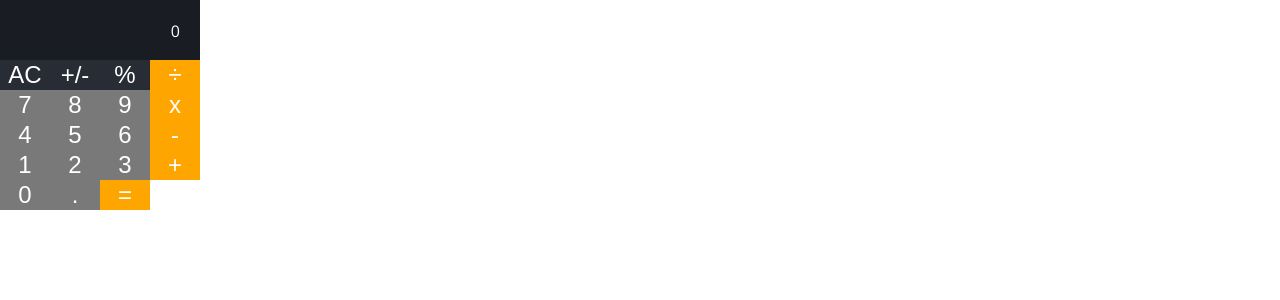
Repository: catsarenotreal/CalculatorWebApp
Page: /
The author's editor kept a copy of each file at every save. The page is drawn from the files as they stood at one save, then again after the next save.
The browser window is 1280 px wide. The pictures show the whole page.
The project was rebuilt for these pictures with package versions that can differ from the ones it lists, and the page was loaded fresh each time.

Above is the page before, as saved 2024-08-26 15:48:12.

### src/index.tsx
import React from 'react';
import ReactDOM from 'react-dom/client';
import './index.css';
import App from './App';
import reportWebVitals from './reportWebVitals';
import "@fontsource/open-sans";

const root = ReactDOM.createRoot(
  document.getElementById('root') as HTMLElement
);
root.render(
  <React.StrictMode>
    <App />
  </React.StrictMode>
);

// If you want to start measuring performance in your app, pass a function
// to log results (for example: reportWebVitals(console.log))
// or send to an analytics endpoint. Learn more: https://bit.ly/CRA-vitals
reportWebVitals();

### src/index.css



body {
  margin: 0;
  font-family: 'Open Sans'
    /* sans-serif; */
  /* -webkit-font-smoothing: antialiased;
  -moz-osx-font-smoothing: grayscale; */
}

code {
  font-family: source-code-pro, Menlo, Monaco, Consolas, 'Courier New',
    monospace;
}

### src/App.tsx
import React from 'react';
import { useState } from 'react';
import './App.css';

let stack : string[] = ['0']; // length should never be 0
// let prevOp : operations = "+";
var currNum : number = 0; // number on display to the display screen
var nextRefresh : boolean = false; // decides whether to refresh upon input of new numbers
var setAC : boolean = true;
// var restarted : boolean = true;

const operations = ["+", "-", "x", "÷", "="] as const;
type Operations = (typeof operations)[number];
const isOp = (x:any): x is Operations => operations.includes(x);

type Props = {
  val : string;
  colour : 'orange'|'darkgrey'|'lightgrey';
  setDisplay : React.Dispatch<React.SetStateAction<string>>;
  longer? : boolean;
}

function refresh(props : Props){
  stack.length = 0;
  stack = ['0'];
  currNum = 0;
  const setDisplay = props.setDisplay;
  setDisplay('0');
  setAC = true;
}

// function takeOp(op : string){

// }

function Buttons( {val, colour, setDisplay, longer}  : Props){


  function stackBack(val : Operations | string){ // takes in operation, compresses the stack (nothing is returned)

    // after pressing an operation, work on the previous (if any) calculation and squeeze to one grid
    // basically when operation is encountered, squeeze previous into a number
    // assume that prev is number alr

    if (isOp(val)){ // is operation, "" only when % happens
      if (stack.length == 1){ // num only, only need to push in the op
        if (val === "="){
          return;
        }
        stack.push(val);
      }

      else{ // has num and operation, causes collapse of stack then adds the current op to the stack
        let firstNum : number = Number(stack[0]);
        let middleOp = stack[1];

        if (!isOp(middleOp)){
          console.log("error");
          return ; // this should not happen la.........
        }

        let answer = calculation(firstNum, currNum, middleOp);
        stack.length = 0; // collapsing

        if (typeof answer === "string"){ // for div by 0
          return; // returns with stack.lenght == 0
        }
        else {
          stack = [answer.toString()];
          if (val != "=") stack.push(val);  // pushes the current op // dont let "%" be pushed also
          currNum = answer;
        }
      }

    }

    else if (val === "%"){
      let answer = calculation(currNum, 0.01, "x"); // answer will be num

      stack.pop(); // remove currnum
      stack.push(answer.toString());
      currNum = answer;
    }

    else{ // is number

      if (stack.length == 2){ // digit + op only
        stack.push(val.toString());
        currNum = Number(val);
      }
      else if (stack.length == 1 || stack.length == 3){ // currently on number mode
        // dont run the op yet
        // only trying to push the second number tgt
        // ignore the first two elements
        currNum = currNum * 10 + Number(val);
        stack.pop(); // remove current existing number and replace with new one
        stack.push(currNum.toString());

      }
    }




  }

  function calculation(firstNum : number, secondNum : number, op : Operations) : number  {

    switch (op){
      case "+": //
        return firstNum + secondNum;
      case "-":
        return firstNum - secondNum;
      case "÷":
        return firstNum / secondNum; // if error just returns infinity anyway...
      case "x":
        return firstNum * secondNum;
      case "=": // will never happen
        return 0;
    }

  }

  function handleClick(props : Props){
    var val = props.val;
    // var setACDis = props.setACDis;

    if (nextRefresh) {
      refresh(props);
      // if (typeof setACDis != "undefined") setACDis("AC");
      nextRefresh = false;
    }

    if (val === "AC" || val === "C"){
      refresh(props);
      console.log("ac pressed outside");
      // if (typeof setACDis != "undefined") {
      //   setACDis("AC");
      // }
    }

    else if (val == "+/-"){
      // always only applies to currNum this is dumb
      stack[stack.length-1] = "-" + stack[stack.length-1];
      currNum = currNum * -1;
      setDisplay(currNum.toString());
    }

    else if (val === "%"){
      // literally just implicitly does a x0.01 on the current number (with brackets)

      stackBack("%") // push back an empty one?
      setDisplay(currNum.toString());

    }
    else{ // number
      // post-operation number
      setAC = false;
      if (isOp(val) || !Number.isNaN(Number(val))){
        console.log("helo");
        stackBack(val);
      }

      if (stack.length == 0){ // division by 0 has occured, trigger refresh
        setDisplay("Not a Number");
        refresh(props); // resets stack length to > 0
      }
      else{
        console.log(currNum);
        setDisplay(currNum.toString());
      }

      if (val === "="){
        nextRefresh = true;
      }

    }
  }

  if (longer){ // only applies to the 0
    return <button className = {`Buttons ${colour} longer`} onClick = {() => handleClick({ val, colour, setDisplay})}>
    {val}
  </button>
  }

  return <button className = {`Buttons ${colour}`} onClick = {() => handleClick({ val, colour, setDisplay})}>
    {val}
  </button>
}

/*

value1 ? 'a' : 'b'

value1 || 'a'

// if value1 is true => value1
// if value1 is false => 'a'

value2 && 'a'
// if value2 is true => 'a'
// if value2 is false => ignore

*/

export default function Calc() {
  const [display, setDisplay] = useState('0'); // display is number by default
  const [ACdis, setACDis] = useState<'AC' | 'C'>('C'); // only changes to C when there are numbers in the stack (i.e. is active)
  // if (stack[0] != "0") setACDis("C");
  // if (stack.length > 2) setACDis('AC');
  // startWithRefresh(setACDis);
  return (
    <div>
      {/* <div className = "row">
        <div className= "DisplayScreen">{`${(display)}`}</div>
      </div> */}
      <div className = "wrapper">
      {/* <div className = "row"> */}
        <div className= "DisplayScreen">{`${(display)}`}</div>
        <Buttons val={setAC ? "AC" : "C"} colour = 'darkgrey' setDisplay = {setDisplay} />
        <Buttons val={'+/-'} colour = 'darkgrey' setDisplay = {setDisplay}/>
        <Buttons val={'%'} colour = 'darkgrey' setDisplay = {setDisplay} / >
        <Buttons val={'÷'} colour = 'orange' setDisplay = {setDisplay} />
      {/* </div> */}
      {/* <div className = "row"> */}
        <Buttons val={'7'} colour = 'lightgrey' setDisplay = {setDisplay} />
        <Buttons val={'8'} colour = 'lightgrey' setDisplay = {setDisplay}/>
        <Buttons val={'9'} colour = 'lightgrey' setDisplay = {setDisplay}/ >
        <Buttons val={'x'} colour = 'orange'  setDisplay = {setDisplay}/>
      {/* </div> */}
      {/* <div className = "row"> */}
        <Buttons val={'4'} colour = 'lightgrey' setDisplay = {setDisplay}/>
        <Buttons val={'5'} colour = 'lightgrey' setDisplay = {setDisplay}/>
        <Buttons val={'6'} colour = 'lightgrey' setDisplay = {setDisplay}/ >
        <Buttons val={'-'} colour = 'orange'  setDisplay = {setDisplay}/>
      {/* </div> */}
      {/* <div className = "row"> */}
        <Buttons val={'1'} colour = 'lightgrey' setDisplay = {setDisplay}/>
        <Buttons val={'2'} colour = 'lightgrey' setDisplay = {setDisplay}/>
        <Buttons val={'3'} colour = 'lightgrey' setDisplay = {setDisplay}/ >
        <Buttons val={'+'} colour = 'orange'  setDisplay = {setDisplay}/>
      {/* </div>
      <div className = "row"> */}
        <Buttons val={'0'} colour = 'lightgrey' setDisplay = {setDisplay}/>
        <Buttons val={'.'} colour = 'lightgrey' setDisplay = {setDisplay}/>
        <Buttons val={'='} colour = 'orange' setDisplay = {setDisplay}/>
      </div>
    </div>

  );
}

### src/App.css
.App {
  text-align: center;
}

.App-logo {
  height: 40vmin;
  pointer-events: none;
}


.App-header {
  background-color: #282c34;
  min-height: 100vh;
  display: flex;
  flex-direction: column;
  align-items: center;
  justify-content: center;
  font-size: calc(10px + 2vmin);
  color: white;
}

.App-link {
  color: #61dafb;
}


/* .DisplayScreen {
  background-color: rgb(24, 24, 24);
  text-align: right;
} */

.Buttons {
  text-align: center;
  box-shadow: none;
  outline: none;
  border: none;
  font-size: 1.5rem;
  color: white;
  grid-column: span 1;
  /* height: 40px;
  width: 60px;
  padding: 0px; */
}



.Buttons.orange{
  background-color: orange;
}

.Buttons.orange:active{
  background-color: rgb(155, 101, 0);
}

.Buttons.lightgrey{
  background-color: #797979;
}

.Buttons.lightgrey:active{
  background-color: #4f4f4f;
}

.Buttons.lightgrey.longer{
  grid-column: span 2;
}

.Buttons.darkgrey{
  background-color:#282c34;
}

.Buttons.darkgrey:active{
  background-color:#0b0d12;
}

.DisplayScreen{
  /* width: 200px; */
  height: 20px;
  padding:20px;
  /* font-size: 100;
   */
  font-size:100%;
  font-weight: 100%;
  /* padding-bottom: ; */
  text-align: right;

  background-color: #191d23;
  color: white;
  grid-column: span 4;
}

.wrapper {
  display: grid;
  width: 200px;
  /* column-width: 40px; */
  /* column-gap:1px;
  row-gap:1px; */
  /* grid-gap:1px; */
  border-color:black;
  padding:0px;
  grid-template-columns: 50px 50px 50px 50px;

}

Loaded but not shown: public/index.html (common file); src/reportWebVitals.ts (common file)

After the next save:
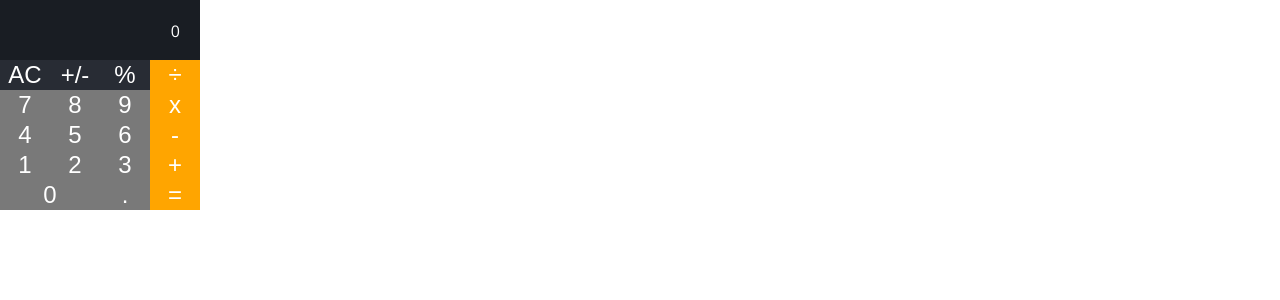
Saved 27 s later.
--- a/src/App.tsx
+++ b/src/App.tsx
@@ -241,7 +241,7 @@ export default function Calc() {
         <Buttons val={'+'} colour = 'orange'  setDisplay = {setDisplay}/>
       {/* </div>
       <div className = "row"> */}
-        <Buttons val={'0'} colour = 'lightgrey' setDisplay = {setDisplay}/>
+        <Buttons val={'0'} colour = 'lightgrey' setDisplay = {setDisplay} longer = {true}/>
         <Buttons val={'.'} colour = 'lightgrey' setDisplay = {setDisplay}/>
         <Buttons val={'='} colour = 'orange' setDisplay = {setDisplay}/>
       </div>
